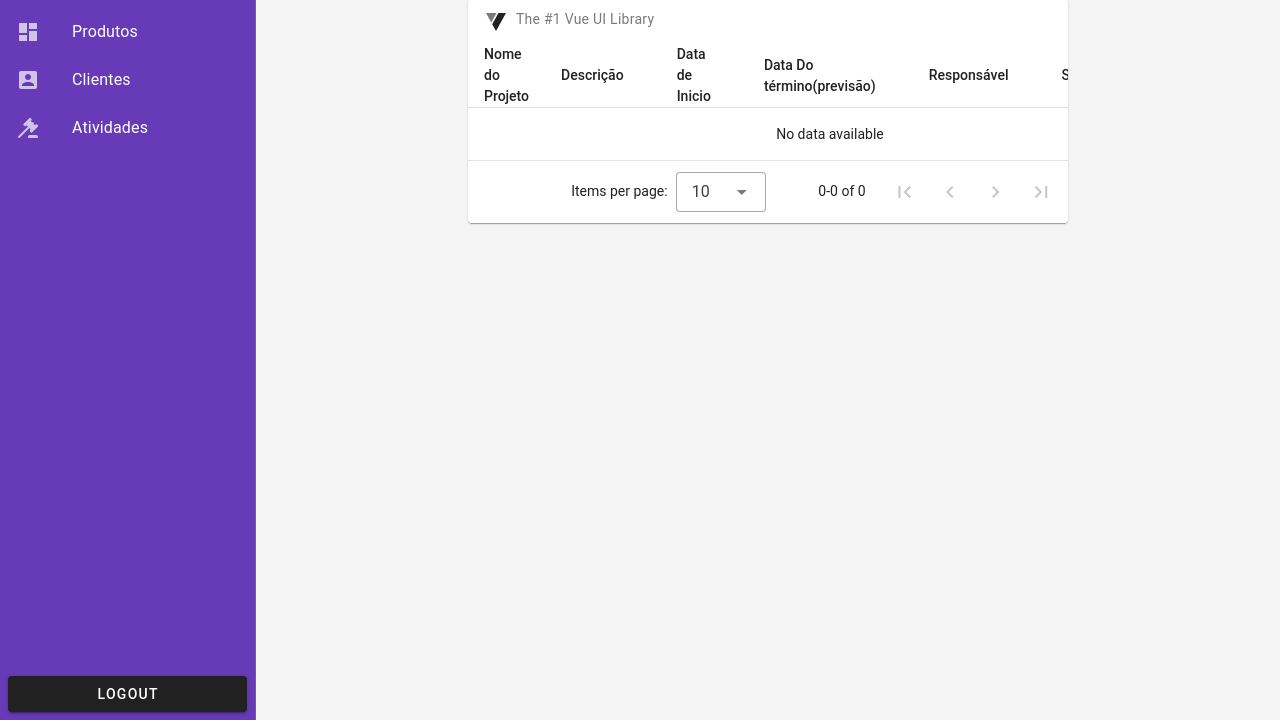
Repository: NtiSilva/Front_AG
Page: /products
An editor plug-in stored every save of this project. The page is shown before and after the next save, followed by the edit.
The browser window is 1280 px wide. The pictures show the whole page.
The page's requests for data from a server got no answer. The project was rebuilt for these pictures with package versions that can differ from the ones it lists, and the page was loaded fresh each time. No one was signed in, and anything a server would have sent is missing. Also part of the build but not shown: vite.config.mjs, src/components/Alert.vue, src/components/Atividades/FormActivities.vue, src/components/Atividades/index.vue, src/components/Clientes/FormClient.vue, src/components/Dialog.vue, src/components/DialogRemove.vue, src/components/Clientes/ListClients.vue and 9 more.

Above is the page before, as saved 2024-06-19 20:37:16.

After the next save:
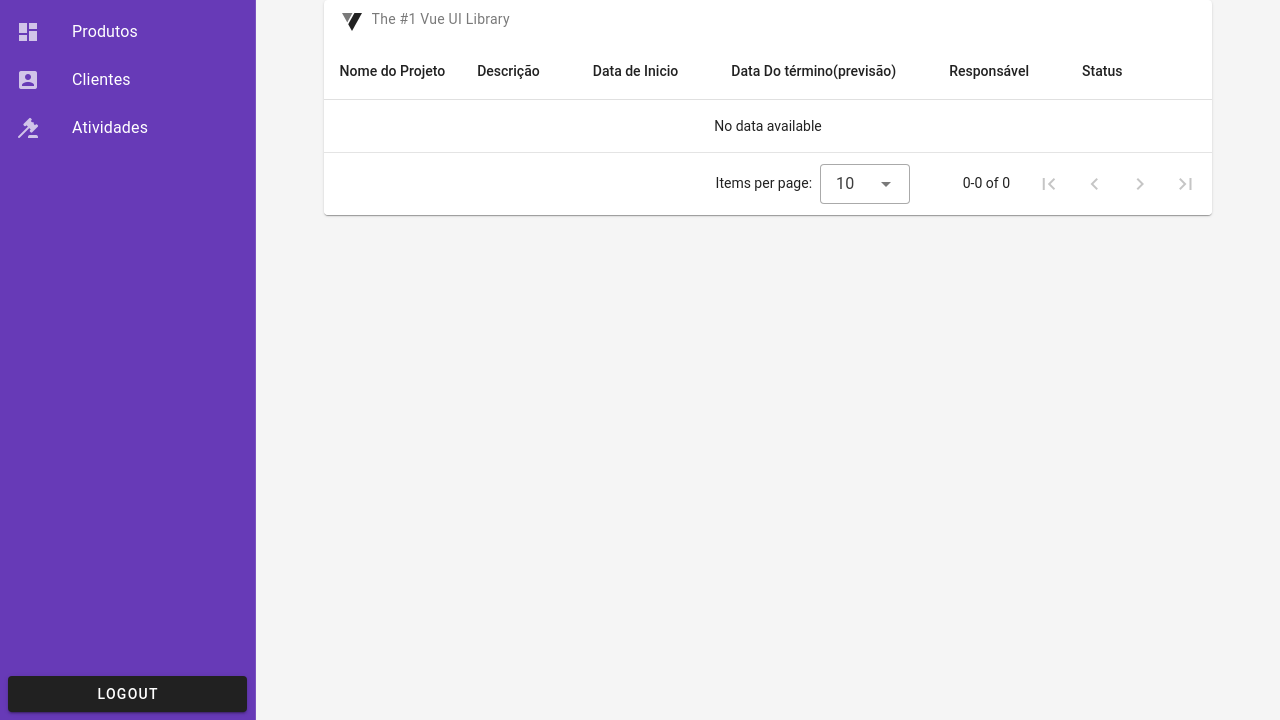
Saved 7 s later.
--- a/src/pages/Products.vue
+++ b/src/pages/Products.vue
@@ -3,7 +3,6 @@
     class="mx-auto"
     prepend-icon="$vuetify"
     subtitle="The #1 Vue UI Library"
-    width="600"
   >
   <v-data-table
     :headers="headers"
